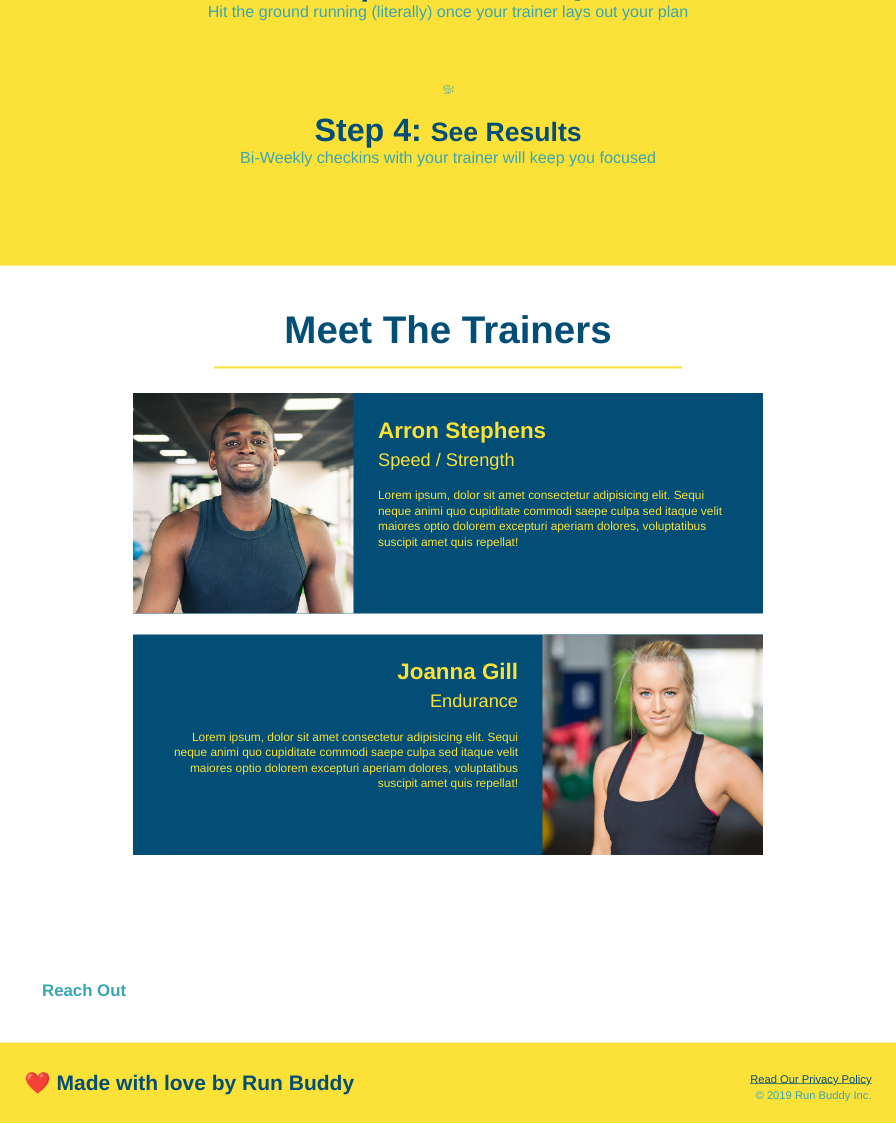
Repository: symlara/run-buddy
Page: index.html
The author's editor kept a copy of each file at every save. The page is drawn from the files as they stood at one save, then again after a run of saves.
The browser window is 1280 px wide. The pictures show the part of the page from y = 1878 to 3798 px (the page is 3483 px tall before and 3798 px after), at 70% of full size.

Above is the page before, as saved 2020-12-10 14:40:14.

### index.html
<!DOCTYPE html>
<html lang="en">
    <head>
        <link rel="stylesheet" href="./assets/css/style.css" />
        <meta charset="UTF-8"/>
        <title>Run Buddy</title>
    </head>
    <body>
        <!-- navigation -->
        <header>
        <a href="/"><h1>RUN BUDDY</h1></a>
        <nav>
            <!-- Unordered list element -->
            <ul>
                <!-- List item element -->
                <li>
                    <!-- Anchor Element -->
                    <a href="#what-we-do">What We Do</a>
                </li>
                <li>
                    <a href="#what-you-do">What You Do</a>
                </li>
                <li>
                    <a href="#your-trainers">Your Trainers</a>
                </li>
                <li>
                    <a href="#reach-out">Reach Out</a>
                </li>
            </ul>
        </nav>
        </header>

        <!-- hero section -->
        <section class="hero">
        <div class="hero-form">
            <h3>Get Started Today</h3>
            <p>Fill out this form and one of our trainers will schedule a consult</p>
            <!-- Add form elements -->
            <form>
                <label for="name">Enter full name:</label>
                <input type="text" placeholder="Your Name" name="name" id="name" class="form-input" />
                <label for="email">Enter Email Address:</label>
                <input type="email" placeholder="Email Address" name="email" id="email" class="form-input" />
                <label for="phone">Enter a telephone number</label>
                <input type="tel" placeholder="Phone Number" name="phone" id="phone" class="form-input" />
                <p>
                    Have you worked out with a trainer before?
                    <input type="radio" name="trainer-confirm" id="trainer-yes" />
                    <label for="trainer-yes">Yes</label>
                    <input type="radio" name="trainer-confirm" id="trainer-no" />
                    <label for="trainer-no">No</label>
                </p>
                <p>
                    <label for="checkbox">
                    I acknowledge that I am at least 18 years of age.
                    </label>
                    <input type="checkbox" name="age-confirm" id="checkbox" />
                </p>
                <button type="submit">
                    Get running!
                </button>
            </form>
        </div>
    </section>
    <!-- end hero -->

        <!-- hero/jumbotron -->
        <section></section>

        <!-- "what we do" section -->
        <section id="what-we-do" class="intro">
            <h2 class="section-title primary-border">What We Do</h2>
            <p>
                butcher selfies chambray shabby chic gentrify readymade yr Echo Park XOXO Tumblr normcore Banksy direct trade Blue Bottle chillwave you probably haven't heard of them single-origin coffee Vice fanny pack fixie Odd Future Austin fingerstache pickled twee synth Wes Anderson Thundercats viral bitters flannel meggings narwhal Marfa Schlitz sustainable Intelligentsia umami deep v craft
            </p>
        </section>

        <!-- "what you do" section -->
        <section id="what-you-do" class="steps">
            <h2 class="section-title secondary-border">What You Do</h2>

            <div>
                <!-- insert this img element -->
                <img src="./assets/images/step-1.svg" alt="" />
                <h3>Step 1: <span>Fill Out the Form Above.</span></h3>
                <p>You're already here, so why not?</p>
            </div>

            <div>
                <!-- insert this img element -->
                <img src="./assets/images/step-2.svg" alt="" />
                <h3>Step 2: <span>Consult with One of Our Trainers.</span></h3>
                <p>Are you here to build muscle, lose weight, or just feel good?</p>
            </div>

            <div>
                <!-- insert this img element -->
                <img src="./assets/images/step-3.svg" alt="" />
                <h3>Step 3: <span>Get Running</span></h3>
                <p>Hit the ground running (literally) once your trainer lays out your plan</p>
            </div>

            <div>
                <!-- insert this img element -->
                <img src="./assets/images/step-4.svg" alt="" />
                <h3>Step 4: <span>See Results</span></h3>
                <p>Bi-Weekly checkins with your trainer will keep you focused</p>
            </div>
        </section>

        <!-- "meet the trainers" section -->
        <section id="your-trainers" class="trainers">
            <h2 class="section-title primary-border">Meet The Trainers

            </h2>

            <!-- first trainer bio -->
            <article class="trainer">
                <img src="./assets/images/trainer-1.jpg" alt="Arron Stephens in his workout clothes, ready to pump iron" />
                <div class="trainer-bio text-left">
                    <h3>Arron Stephens</h3>
                    <h4>Speed / Strength</h4>
                    <p>
                        Lorem ipsum, dolor sit amet consectetur adipisicing elit. Sequi neque animi quo cupiditate commodi saepe culpa sed
                        itaque velit maiores optio dolorem excepturi aperiam dolores, voluptatibus suscipit amet quis repellat!
                    </p>
                </div>
            </article>
            <!-- first trainer end -->

            <!--second trainer bio -->
            <article class="trainer">
                <div class="trainer-bio text-right">
                    <h3>Joanna Gill</h3>
                    <h4>Endurance</h4>
                    <p>
                        Lorem ipsum, dolor sit amet consectetur adipisicing elit. Sequi neque animi quo cupiditate commodi saepe culpa sed
                        itaque velit maiores optio dolorem excepturi aperiam dolores, voluptatibus suscipit amet quis repellat!
                    </p>
                </div>
                <img src="./assets/images/trainer-2.jpg" alt="Joanna Gill cooling off after a workout" />
            </article>
            <!-- second trainer end-->

            <!-- third trainer bio -->
            <article class="trainer">
                <img src=""
            </article>
        </section>

        <!-- "reach out" section -->
        <section>
            <h2>Reach Out</h2>
        </section>

        <!-- footer -->
        <footer>
            <h2>❤️ Made with love by Run Buddy</h2>
            <div>
                <a href="#">Read Our Privacy Policy</a><br />
                &copy; 2019 Run Buddy Inc.
            </div>
        </footer>
    </body>

    </html>

### assets/css/style.css
* {
    margin: 0;
    padding: 0;
    box-sizing: border-box;
}


body {
    /* more on this crazy alphanumerical value in a minute */
    color: #39a6b2;
    font-family: Helvetica, Arial, sans-serif;
}

/* apply styles to header */
header {
    padding: 20px 35px;
    background-color: #39a6b2;
}

header h1 {
    font-weight: bold;
    font-size: 36px;
    color: #fce138;
    margin: 0;
    display: inline;
}

header a {
    text-decoration: none;
    color: #fce138;
}

header nav {
    float: right;
    margin: 7px 0;
}

header nav ul li {
    display: inline;
}

header nav ul li a {
    margin: 0 30px;
    font-weight: lighter;
    font-size: 22px;
}

footer {
    background: #fce138;
    width: 100%;
    padding: 40px 35px;
  }

footer h2 {
    display: inline;
    color: #024e76;
    font-size: 30px;
    margin: 0;
}

footer div {
    float: right;
    line-height: 1.5;
    text-align: right;
}

footer a {
    color: #024e76;
}

section {
    padding: 60px;
}

/* Hero Style Start */
.hero {
    background-image: url("../images/hero-bg.jpg");
    height: 600px;
    background-size: cover;
    background-position: center;
    position: relative;
}
/*The height property fixed at 600px gives an exact size of the section, which is important in this context to allow room for the sign-up form.*/


.hero-form {
    border: solid 3px #024e76;
    background-color: #fce138;
    padding: 20px;
    width: 500px;
    color: #024e76;
    position: absolute;
    bottom: 120px;
    right: 140px;
}

.hero-form h3 {
    font-size: 24px;
    margin: 0;
}

.hero-form p {
    margin: 5px 0 15px 0;
}

.form-input {
    border: 1px solid #024e76;
    display: block;
    padding: 7px 15px;
    font-size: 16px;
    color: #024e76;
    width: 100%;
    margin-bottom: 15px;
}

.hero-form label {
    margin: 0 5px;
}

.hero-form button {
    color: #fce138;
    background-color: #024e76;
    border: none;
    padding: 10px 20px;
    font-size: 16px;
}
/* Hero Style End */

/*What We Do Section */
.intro {
    text-align: center;
}

.intro p {
    line-height: 1.7;
    color: #39a6b2;
    width: 80%;
    font-size: 20px;
    margin: 0 auto;
}

/*What We Do End*/

.section-title {
    display: inline-block;
    font-size: 55px;
    color: #024e76;
    margin-bottom: 35px;
    padding: 0 100px 20px 100px;
    border-bottom: 3px solid;
}

.primary-border {
    border-color: #fce138;
}

.secondary-border {
    border-color: #39a6b2;
}

/* What You Do Section */
.steps {
    text-align: center;
    background: #fce138;
}

.steps div {
    margin-bottom: 80px;
}

.steps img {
    width: 15px;
    margin: 10px 0;
}

.steps h3 {
    color: #024e76;
    font-size: 46px;
    margin-top: 10px;
}

.steps p {
    color: #39a6b2;
    font-size: 23px;
}

.steps span {
    font-size: 38px;
}


/* What You Do End */

/* Your Trainers Section */
.trainers {
    text-align: center;
}

.trainer {
    width: 900px;
    margin: 0 auto 30px auto;
    background: #024e76;
    color: #fce138;
    overflow: auto;
}

.trainer img {
    width: 35%;
    float: left;
}

.trainer-bio {
    padding: 35px;
    float: left;
    width: 65%;
}

.text-left {
    text-align: left;
}

.text-right {
    text-align: right;
}

.trainer-bio h3 {
    font-size: 32px;
    margin-bottom: 8px;
}

.trainer-bio h4 {
    font-weight: lighter;
    font-size: 26px;
    margin-bottom: 25px;
}

.trainer-bio p {
    font-size: 17px;
    line-height: 1.3;
}
/* Your Trainers Section End */

After the next 2 saves:
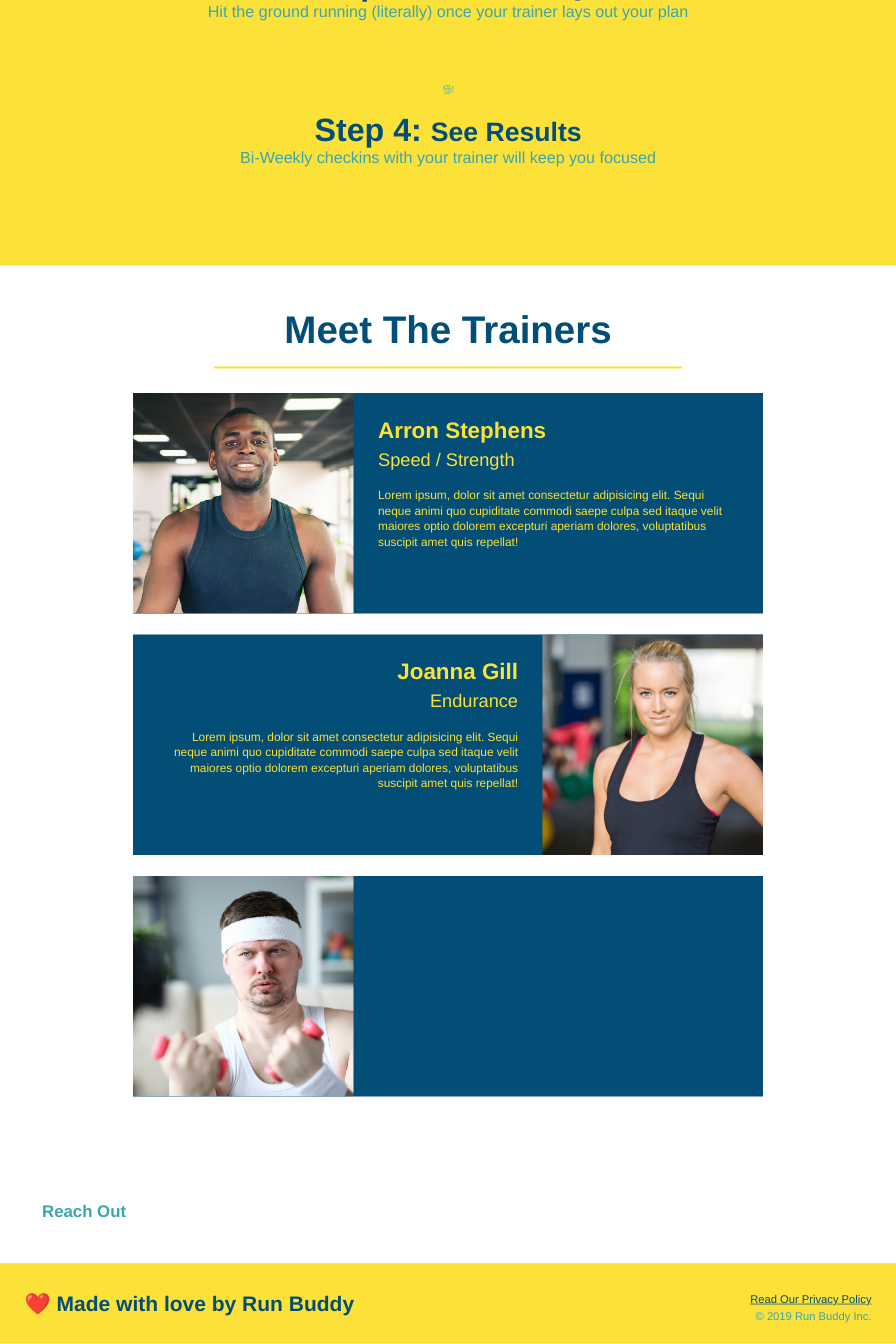
The 2 saves are shown as one change because they came seconds apart.
The last was saved 7 s later.
--- a/index.html
+++ b/index.html
@@ -144,7 +144,7 @@
 
             <!-- third trainer bio -->
             <article class="trainer">
-                <img src=""
+                <img src="./assets/images/trainer-3.jpg"
             </article>
         </section>
 
